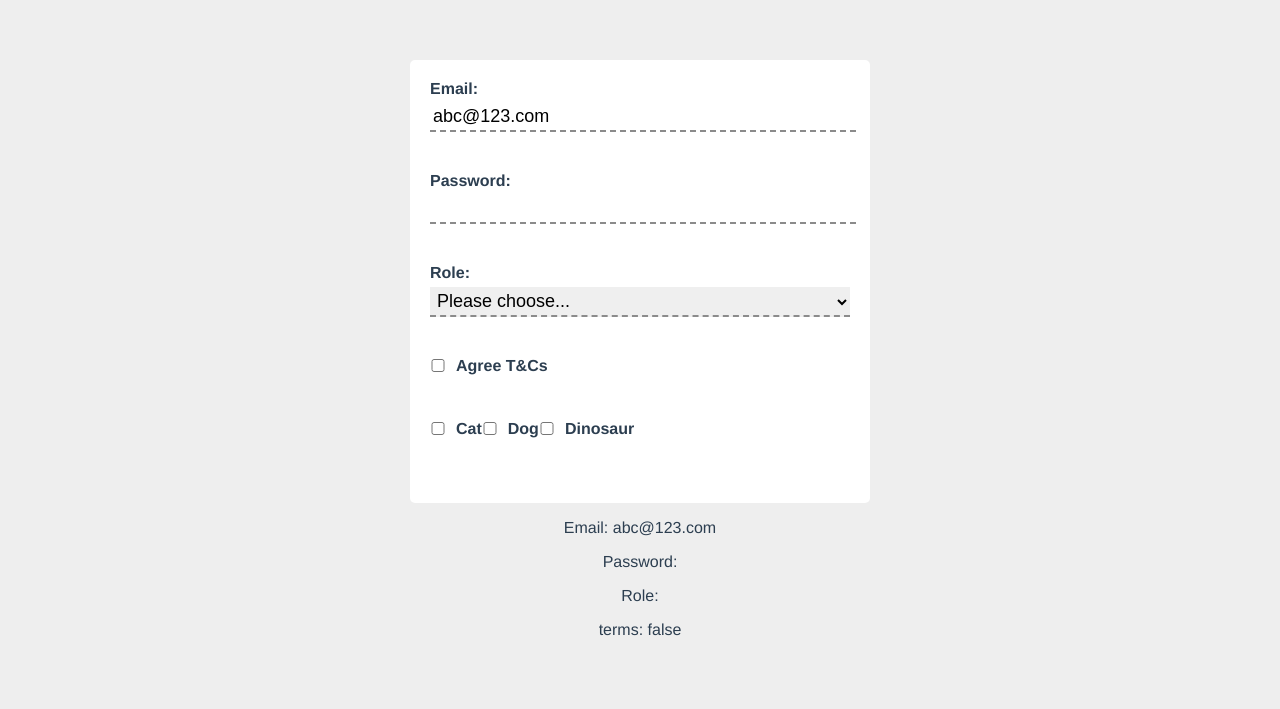
Repository: technogize/vue-forms
Page: /
An editor plug-in stored every save of this project. The page is shown before and after the next save, followed by the edit.
The browser window is 1280 px wide. The pictures show the whole page.
The project was rebuilt for these pictures with package versions that can differ from the ones it lists, and the page was loaded fresh each time.

Above is the page before, as saved 2021-02-26 14:37:17.

### src/App.vue
<template>
  <SignupForm />
</template>

<script>
import SignupForm from './components/SignupForm';

export default {
  name: 'App',
  components: {
    SignupForm
  }
}
</script>

<style>
#app {
  font-family: Avenir, Helvetica, Arial, sans-serif;
  -webkit-font-smoothing: antialiased;
  -moz-osx-font-smoothing: grayscale;
  text-align: center;
  color: #2c3e50;
  margin-top: 60px;
}

body {
  margin: 0;
  background: #eee;
}
</style>

### src/components/SignupForm.vue
<template>
  <form>
    <!--
      v-model syncs the data in the input with the data properties.
      We can set the default value of a form element by entering it
      in the data().
    -->
    <div class="field">
      <label>Email: </label>
      <input type="email" required v-model="email" />
    </div>
    <div class="field">
      <label>Password: </label>
      <input type="password" required v-model="password" />
    </div>
    <div class="field">
      <label>Role: </label>
      <select v-model="role">
        <option value="">Please choose...</option>
        <option value="Designer">Web Designer</option>
        <option value="Developer">Web Developer</option>
      </select>
    </div>
    <div class="field checkboxField">
      <input type="checkbox" required v-model="terms" />
      <label>Agree T&amp;Cs</label>
    </div>

    <div class="field checkboxField">
      <input type="checkbox" value="Cat" v-model="animal" /><label>Cat</label>
      <input type="checkbox" value="Dog" v-model="animal" /><label>Dog</label>
      <input type="checkbox" value="Dinosaur" v-model="animal" /><label>Dinosaur</label>
    </div>
  </form>

  <p>Email: {{email}}</p>
  <p>Password: {{password}}</p>
  <p>Role: {{role}} </p>
  <p>terms: {{terms}} </p>
</template>

<script>
export default {
  data() {
    return {
      email: 'abc@123.com', // I set the default value here
      password: '',
      role: '',
      terms: false, // checkbox is a boolean
      animal: [] // Multiple checkboxes for this creates an array
    }
  }
}
</script>

<style scoped>
  form {
    max-width: 420px;
    border-radius: 5px;
    background: white;
    padding: 20px;
    margin: 0 auto;
  }

  label {
    font-weight: 700;
    display: block;
    text-align: left;
    margin-bottom: 5px;
  }

  input, select {
    display: block;
    width: 100%;
    font-size: 18px;
    padding: 3px;
    border: none;
    border-bottom: 2px dashed rgb(139, 139, 139);
  }

  input:focus,
  select:focus {
    outline: none;
    border-bottom: 2px solid rgb(139, 139, 139);
  }

  input[type=checkbox] {
    display: inline-block;
    width: 16px;
    margin: 0 10px 0 0;
    position: relative;
    top: 1px;
  }

  .checkboxField label {
    display: inline-block;
    width: auto;
    text-align: left;
  }

  .field {
    text-align: left;
    margin-bottom: 40px;
  }
</style>

Loaded but not shown: public/index.html (common file); src/main.js (common file)

After the next save:
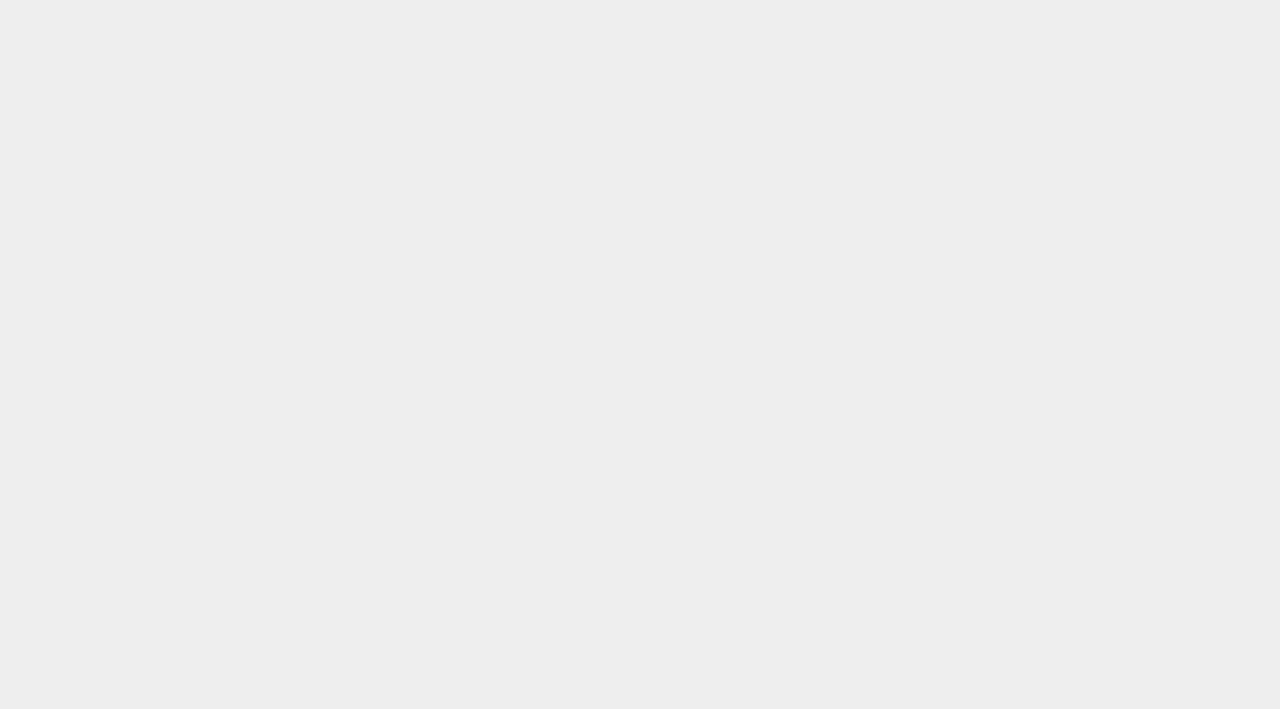
Console error: TypeError: Cannot read properties of undefined (reading '0')
Saved 12 s later.
--- a/src/components/SignupForm.vue
+++ b/src/components/SignupForm.vue
@@ -37,6 +37,7 @@
   <p>Password: {{password}}</p>
   <p>Role: {{role}} </p>
   <p>terms: {{terms}} </p>
+  <p>Animals: {{animals[0]}} </p>
 </template>
 
 <script>

After the save that followed:
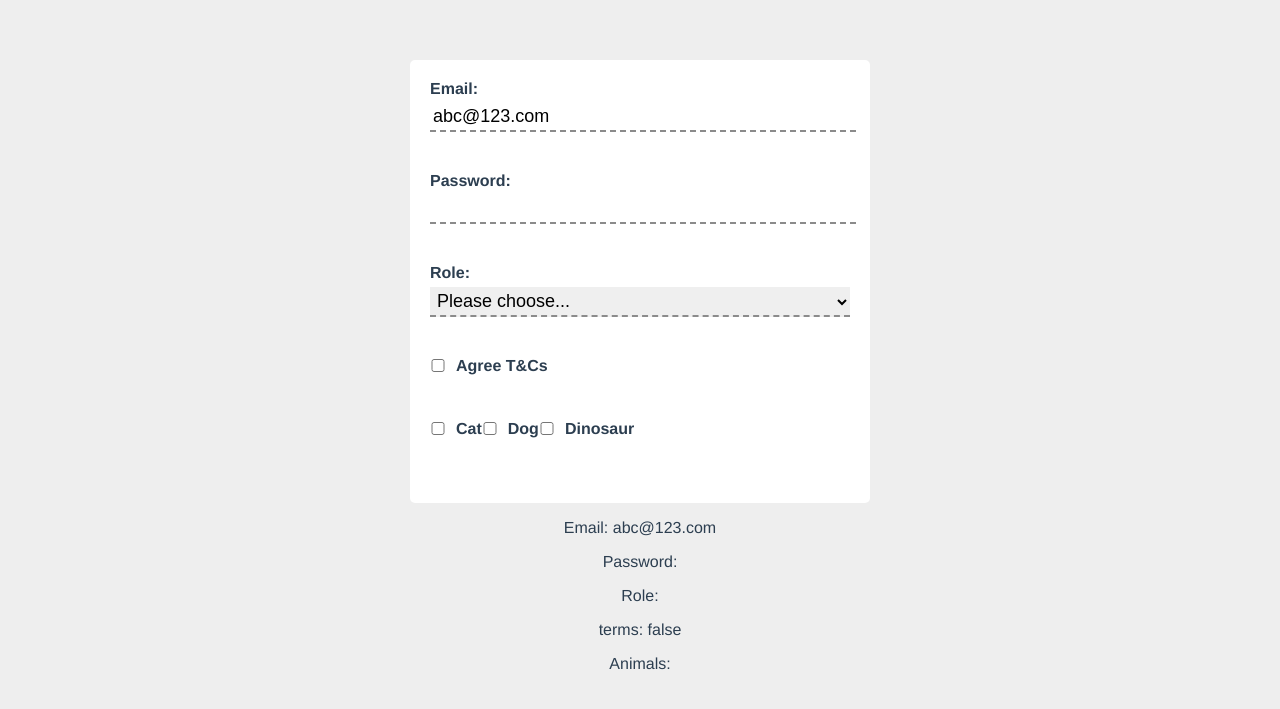
The error is gone.
Saved 12 s later.
--- a/src/components/SignupForm.vue
+++ b/src/components/SignupForm.vue
@@ -37,7 +37,7 @@
   <p>Password: {{password}}</p>
   <p>Role: {{role}} </p>
   <p>terms: {{terms}} </p>
-  <p>Animals: {{animals[0]}} </p>
+  <p>Animals: {{animals}} </p>
 </template>
 
 <script>
